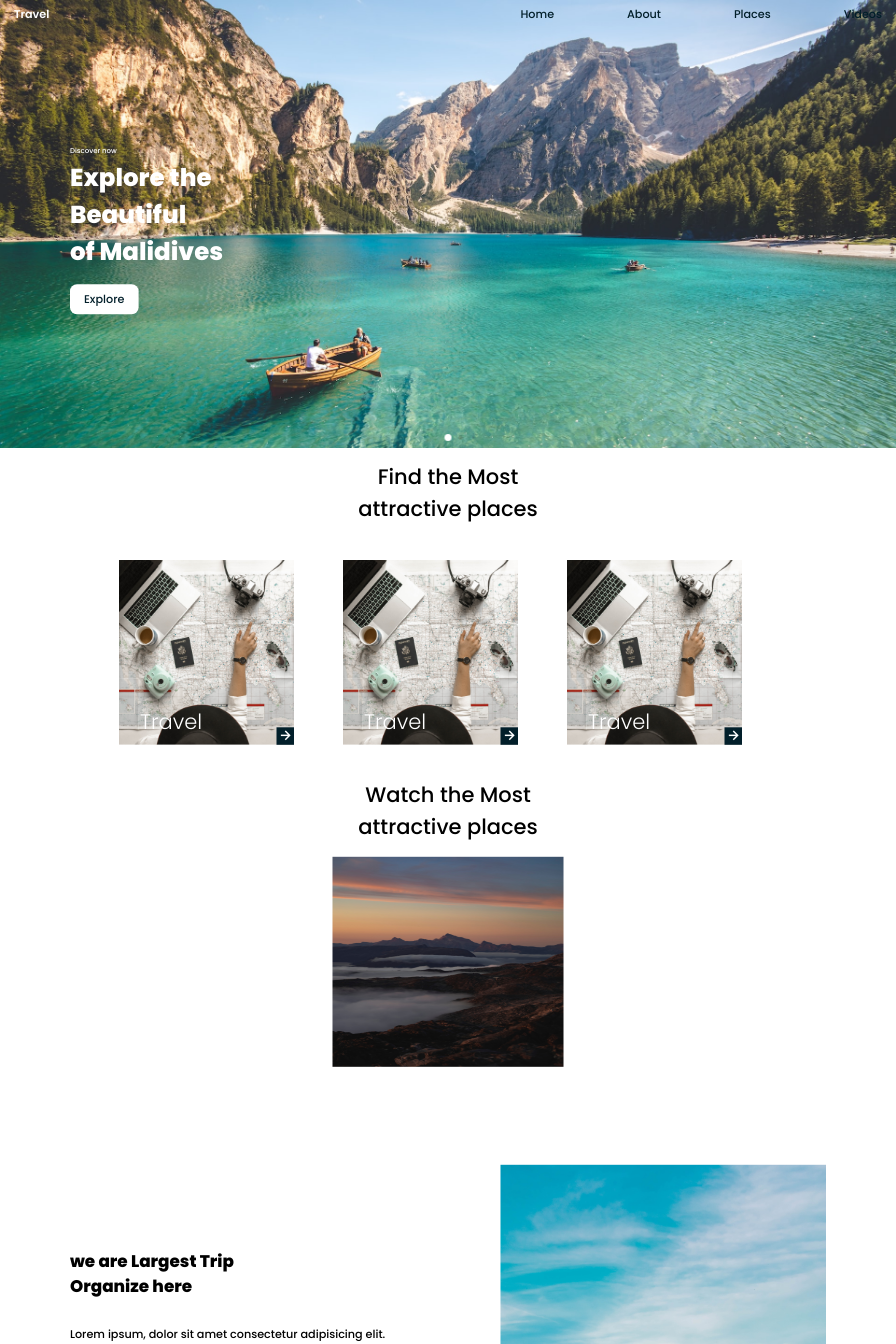
Repository: OmniaRafat232111121/Traveling
Page: index.html
The author's editor kept a copy of each file at every save. The page is drawn from the files as they stood at one save, then again after the next save.
The browser window is 1280 px wide. The pictures show the part of the page from y = 0 to 1920 px (the page is 2833 px tall), at 70% of full size.

Above is the page before, as saved 2022-12-20 13:32:51.

### index.html
<!DOCTYPE html>
<html lang="en">
<head>
    <meta charset="UTF-8">
    <meta http-equiv="X-UA-Compatible" content="IE=edge">
    <meta name="viewport" content="width=device-width, initial-scale=1.0">
    <title>Travel Css</title>
    <link rel="stylesheet" href="css/style.css">
    <!--swiper-->
       <link
  rel="stylesheet"
  href="https://cdn.jsdelivr.net/npm/swiper@8/swiper-bundle.min.css"
/>
<!--Box icon-->
 <link rel="stylesheet"
  href="https://cdn.jsdelivr.net/npm/boxicons@latest/css/boxicons.min.css">
</head>
<body>
    <!--navbar start-->
    <header class="header">
        <div class="logo">
        <a href="index.html" >Travel</a>
        </div>
        <!-- <div class="bx bx-menu" id="menu-icon"></div> -->
        <i class='bx bx-menu'  id="menu-icon"></i>
        <nav>
            <ul>
                <li><a href="index.html">Home</a></li>
                <li><a href="#about">About</a></li>
                <li><a href="#places">Places</a></li>
                <li><a href="#viedos">Videos</a></li>
            </ul>
        </nav>

    </header>
   <!--navbar end-->
   <!--home start-->
   <section class="home swiper" id="home">
   <div class="swiper-wrapper">
        <div class="swiper-slide container">
            <img src="./imgs/travel1.jpg" alt="travel"/>
            <div class="home-text">
                <span>Discover now</span>
                <h1>Explore the <br>Beautiful<br> of Malidives</h1>
                <a href="#" class="btn"> Explore</a>
            </div>
        </div>

        <div class="swiper-slide container">
            <img src="./imgs/dessert.jpg" alt="travel"/>\
            <div class="home-text">
                <span>Discover now</span>
                <h1>Explore the <br>Beautiful<br> of Malidives</h1>
                <a href="#" class="btn"> Explore</a>
            </div>
        </div>
        <div class="swiper-slide container">
            <img src="./imgs/travel3.jpg" alt="travel"/>
            <div class="home-text">
                <span>Discover now</span>
                <h1>Explore the <br>Beautiful<br> of Malidives</h1>
                <a href="#" class="btn"> Explore</a>
            </div>
        </div>

      </div>
    <div class="swiper-pagination"></div>
   </section>
   <!--home end-->

   <!--places start-->
   <section class="places" id="places">
    <div class="heading">
        <h1>Find the Most <br>attractive places</h1>
        <div class="places-container">
            <div class="box">
                <div class="place-image">
                   <img  src="./imgs/p1.jpg" alt="image" />
                </div>
                <div class="place-heading">
                    <h2>Travel</h2>
                </div>
                <i class='bx bx-right-arrow-alt place-icon'></i>

            </div>
            <div class="box">
                <div class="place-image">
                   <img  src="./imgs/p1.jpg" alt="image" />
                </div>
                <div class="place-heading">
                    <h2>Travel</h2>
                </div>
                <i class='bx bx-right-arrow-alt place-icon'></i>

            </div>
            <div class="box">
                <div class="place-image">
                   <img  src="./imgs/p1.jpg" alt="image" />
                </div>
                <div class="place-heading">
                    <h2>Travel</h2>
                </div>
                <i class='bx bx-right-arrow-alt place-icon'></i>

            </div>

        </div>

    </div>

   </section>

   <!--places ends-->

   <section class="Videos" id="Videos">
    <div class="heading">
        <h1>Watch the Most <br>attractive places</h1>
        </div>
     <div class="image-container">
            <img src="./imgs/rose.jpg" at="image"/>
</div>
    </div>

   </section>
   <section class="about">
     <div class=" about-heading">
        <h2>we are Largest Trip <br>Organize here</h2>
        <p>Lorem ipsum, dolor sit amet consectetur adipisicing elit. Molestias, eos sequi numquam quo corporis, id eius accusamus cupiditate quia expedita nemo qui non, voluptate
            </p>
   <a href="index.html" class="btnn">Explore Now</a>
            </div>
   <div class="about-image">
    <img src="./imgs/p2.jpg" alt="image2"/>

   </div>

   </section>


   <section class="footer">
    <div class="footer-box">
        <h3>Travel</h3>
        <p>Lorem ipsum dolor sit amet, consectetur adipisicing elit. Molestiae eius maiores officia sed aliquid dicta dolore inventore numquam? Suscipit, quod!</p>
    <div class="social-icons">
        <a href="#"><i class='bx bxl-twitter'></i></a>
       <a href="#"><i class='bx bxl-facebook'></i></a>
       <a href="#"><i class='bx bxl-instagram'></i></a>
       <a href="#"><i class='bx bxl-linkedin-square' ></i></a>
    </div>
    </div>
     <div class="footer-box">
        <h3>Services</h3>
        <li><a href="#">Product</a></li>
         <li><a href="#">Help&support</a></li>
         <li><a href="#">Pricing</a></li>
         <li><a href="#">FAQ</a></li>

     </div>
     <div class="footer-box">
        <h3>Offices</h3>
        <li><a href="#">Pakistan</a></li>
         <li><a href="#">Japan</a></li>
        <li><a href="#">Italy</a></li>
         <li><a href="#">United States</a></li>

     </div>
      <div class="footer-box">
        <h3>Contact Us</h3>
        <li><a href="#">About Us</a></li>
         <li><a href="#">Our Team</a></li>
        <li><a href="#">Our blog</a></li>
         <li><a href="#">Customers</a></li>

     </div>
   </section>
<!--swiper-->
<script src="https://cdn.jsdelivr.net/npm/swiper@8/swiper-bundle.min.js"></script>
<!--custom js-->
<script src="main.js"></script>
</body>
</html>

### css/style.css
@import url('https://fonts.googleapis.com/css2?family=Be+Vietnam+Pro:wght@100&family=Inter:wght@100;300;400;500;600&family=Montserrat:wght@400;700&family=Nunito:ital,wght@0,200;0,300;1,200&family=Open+Sans:ital,wght@0,300;0,600;0,700;1,300&family=Poppins:ital,wght@0,200;0,300;0,500;0,600;0,800;0,900;1,100;1,200;1,300;1,500&family=Work+Sans:ital,wght@0,100;0,200;0,400;0,500;1,200;1,300&display=swap');
*{
    padding:0;
    margin:0;
    box-sizing: border-box;
    font-family: Poppins,'sans-serif';
    scroll-behavior: smooth;
}
:root{
    --text-color:#021f2a;
    --bf-color:#fff;
}
li{
    list-style: none;
}
a{
    text-decoration: none;
}
header{
    position:fixed;
    width:100%;
    top:0;
    left:0;
    right:0;
    display:flex;
    align-items: center;
    justify-content: space-between;
    padding:10px 20px;
    transition: 0.3s;
    z-index:10000;
    color:#021f2a;
}
header.shadow{
    background: #021f2a;
    box-shadow: 0 0 4px rgb(14 55 54 / 15%);

}
header  .logo a{
 color:#fff;
position: relative;
top:-2px;
}
header  nav ul li a{
 color:#021f2a;
position: relative;
top:-2px;
}
@media(max-width:700px){
    nav ul li a{
        display:none;
    }
    #menu-icon{
        display:block;
    }
}
nav ul li{
    display:inline-block;
    margin-left: 100px;

}
nav ul li a{
    color:#fff;
}
.logo a{
    font-size: 1rem;
    font-weight: 600;
    color:var(--bf-color)
}
nav ul li {
    position: relative;
}
nav ul li a::after{
    content:" ";
    width:0%;
    height:2px;
    background-color:#fff;
    position: absolute;
    bottom: -3px;
    left:0;
    transition: 0.3s;

}
nav ul li a:hover::after{
 width:50px;
}
#menu-icon{
    display:none;
    cursor: pointer;
    z-index:10001;

}
.container{
    position:relative;
    width:100%;
    min-height:640px ;
    display: flex;
    align-items: center;
}
.container img{
    position: absolute;
    width:100%;
    height:100%;
    object-fit: cover;
}
.swiper-pagination-bullet{
padding:5px;
 background:var(--bf-color);
}
/* .swiper-pagination-bullet-active{
    background:var(--bf-color);
} */
span.swiper-pagination-bullet.swiper-pagination-bullet-active.swiper-pagination-bullet-active-main {
    background: #fff;
}
.home-text{
    z-index:20001;
    padding:0px 100px;
}
.home-text span{
    color:#fff;
    font-size: 10px;
}
.home-text h1{
    font-weight: 700;
    font-size: 35px;
    color:#fff;
     margin-bottom: 30px;
}
.home-text h1:hover{
    color:var(--text-color);
    transition: 0.3s linear;
}
.btn{
    background-color: var(--bf-color);
    color:var(--text-color);
    padding:10px 20px;
    border-radius: 10px;
    margin-top: 70px;
    font-weight: 500;
}
.btn:hover{
    color: var(--bf-color);
    background-color:var(--text-color);
}

.heading{
    text-align: center;
}
.heading h1{
    font-weight: 500;
    padding:20px;
    font-size: 30px;
}
.places-container{
    display:grid;
    grid-template-columns: repeat(auto-fill,minmax(300px,auto));
    gap:20px;
    padding:30px;
    justify-content: center;
}
.places-container .box{
    position:relative;
}
.box .place-image{
    width:250px;
    height:100%;
    overflow: hidden;
}
.places-container .box .place-image img{
    width:100%;
    height:100%;
}
 .box .place-image img:hover{
    transform: scale(1.1);
    transition: 0.3s;
}
.place-heading {
position:absolute;
bottom:10px;
}
.place-heading h2{
    font-weight: 300;
    font-size: 30px;
    color:var(--bf-color);
    margin-left:30px;

}
.place-icon{
    position:absolute;
    bottom:0px;
    right:50px;
    color:var(--bf-color);
    background-color: var(--text-color);
    font-size: 25px;
    cursor: pointer;
}
.place-icon:hover{
    background-color:var(--bf-color);
    color: var(--text-color);
}
/*viedos*/
.image-container{
    display:flex;
    align-items: center;
    justify-content: center;
}
.image-container img{
    width:330px;
    height:300px;
}
/*about*/
.about{
    display:grid;
    grid-template-columns: repeat(auto-fill,minmax(300px,auto));
    gap:150px;
    padding:100px;
    justify-content: center;
    margin-top: 40px;
}
.about-image img{
    max-width:100%;
    width:100%;
    overflow: hidden;
}
.about-heading h2{
margin-top:120px;
}
.about-heading p{
    margin-top:40px;
    font-size: 16px;
     margin-bottom: 50px;
}
.btnn{
   background-color:var(--text-color);
    color: var(--bf-color);
    padding:10px 30px;
    font-weight: 500;
    margin-top: 50px;
}
.btnn:hover{
background-color: var(--bf-color);
color:var(--text-color);
}
.footer{
      display:grid;
    grid-template-columns: repeat(auto-fill,minmax(200px,auto));
    gap:60px;
    padding:100px;
    justify-content: center;
    background-color: #021f2a;

}
.footer-box h3{
   color: #3d7c94;
    margin-bottom: 10px;

}
.footer .footer-box li a{
    color:#fff;

}
.footer .footer-box li a:hover{
    padding-left:10px;
}
.footer-box p{
    color:#fff;
    font-size: 12px;
    margin-top: 10px;
}
.social-icons i{
    color:#021f2a;
    background-color: #fff;
    padding:10px;
    border-radius: 10px;
    margin-top: 10px;

}
.social-icons i:hover{
    background-color:#021f2a;
   color: #fff;
}

### main.js
//header scroll
let header = document.querySelector('header');
window.addEventListener('scroll', () => {
    header.classList.toggle('shadow',window.scrollY > 0)
})


//swiper
var swiper = new Swiper(".home", {
       loop: true,
       grabCursor:true,
       pagination: {
          el: ".swiper-pagination",
          dynamicBullets: true,
        },
});

After the next save:
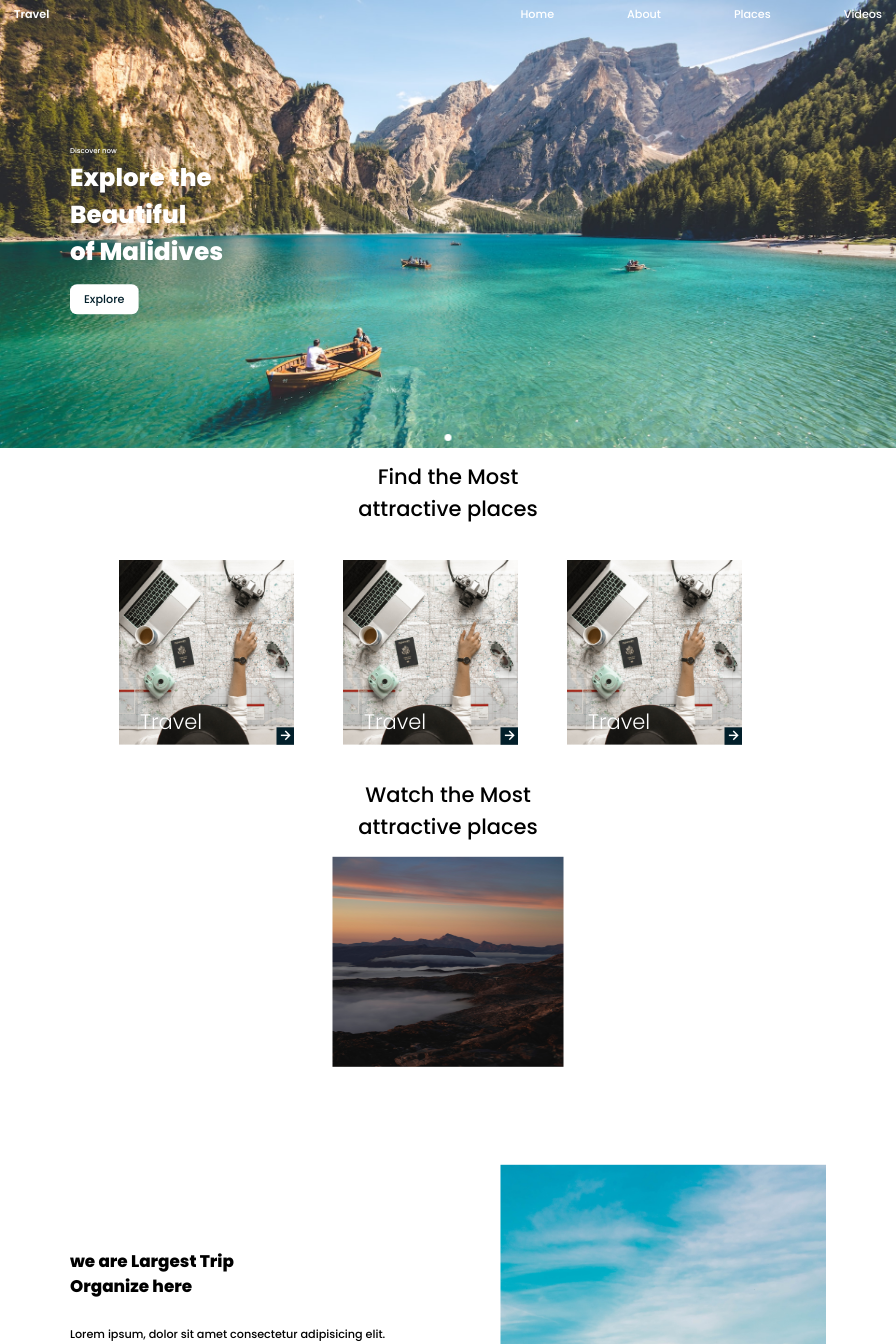
Saved 6 s later.
--- a/css/style.css
+++ b/css/style.css
@@ -41,7 +41,7 @@ position: relative;
 top:-2px;
 }
 header  nav ul li a{
- color:#021f2a;
+ color:#fff;
 position: relative;
 top:-2px;
 }
